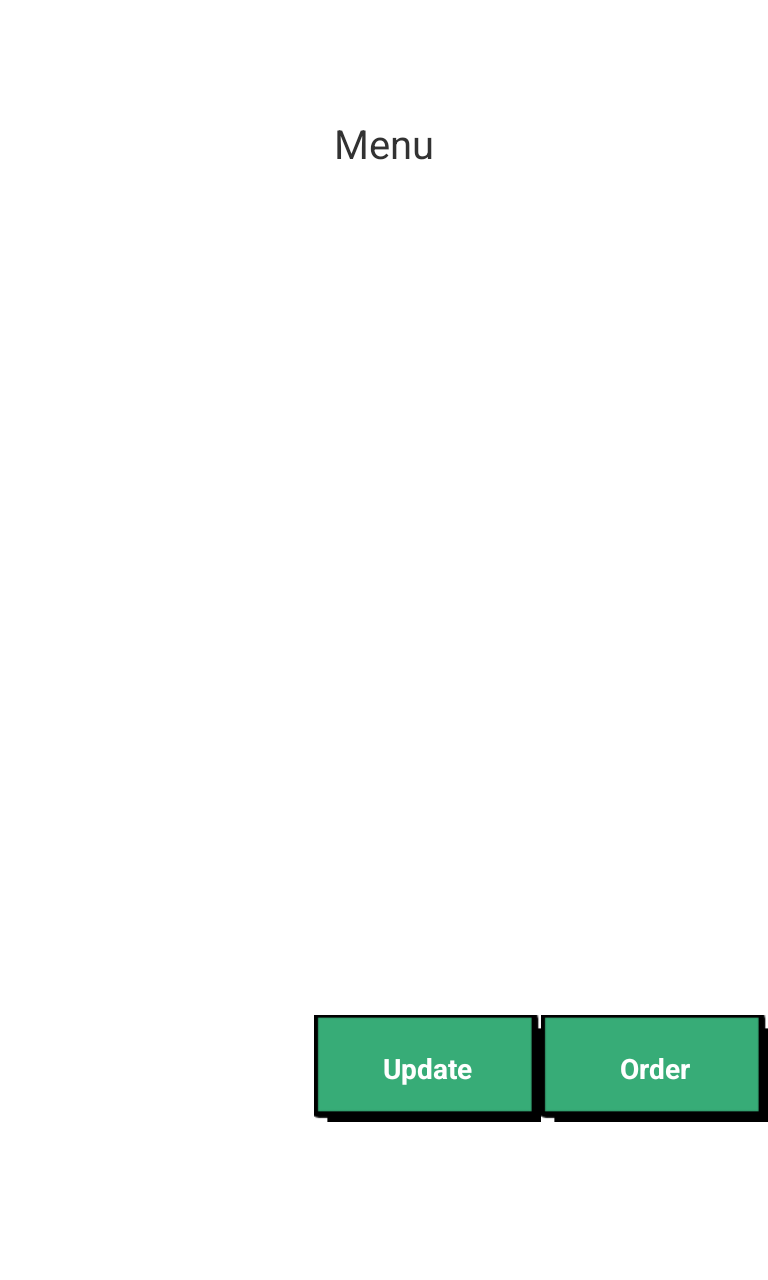
Repository: VanThi/Smart_Order
Layout: Project OS/Project_SO/res/layout/menu_item.xml
These files come from the project's save history. The layout is drawn as it stood at one moment and after the next save; the edit follows.
It is drawn on a 768 x 1280 px phone screen (xhdpi) without system bars, with theme AppTheme; the app's code is not run. Lists and similar views that code fills are empty.

Above is the layout before, as saved 2013-11-09 12:56:09.

After the next save:
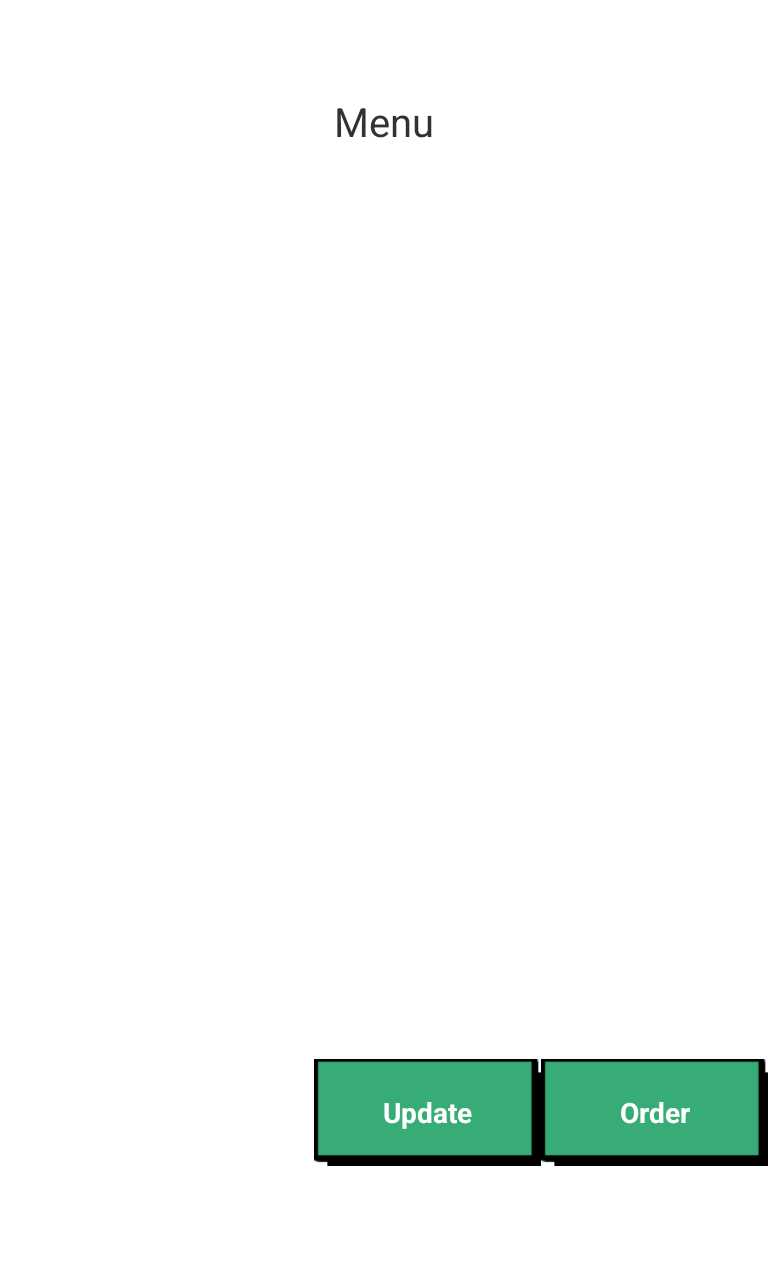
Saved 12 s later.
--- a/Project OS/Project_SO/res/layout/menu_item.xml
+++ b/Project OS/Project_SO/res/layout/menu_item.xml
@@ -21,7 +21,7 @@
         android:id="@+id/menu_item"
         android:layout_width="wrap_content"
         android:layout_height="wrap_content"
-        android:layout_weight="9" >
+        android:layout_weight="14" >
     </ListView>
 
     <TextView
